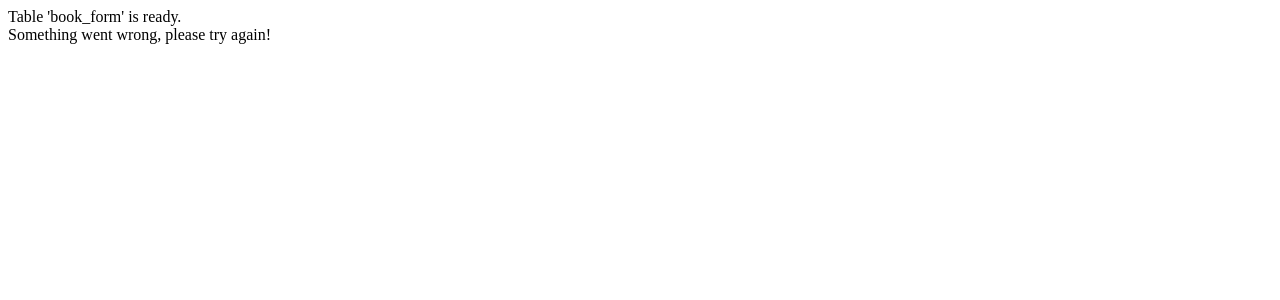
Repository: tanya2468/travel_agency
Page: http://localhost/book_form.php
These files come from the project's save history. The page is drawn as it stood at one moment and after the next save; the edit follows.
The browser window is 1280 px wide. The pictures show the whole page.
The page is run by PHP 8.4 with error messages shown; the project is at /var/www/html/.

Above is the page before, as saved 2024-11-12 19:05:17.

### book_form.php
<?php

// Establish a database connection
$connection = mysqli_connect('localhost', 'root', '', 'book_db');

// Check the connection
if (!$connection) {
    die("Connection failed: " . mysqli_connect_error());
}

// SQL to create the table if it doesn't exist
$createTable = "CREATE TABLE IF NOT EXISTS book_form (
    id INT(11) AUTO_INCREMENT PRIMARY KEY,
    name VARCHAR(100) NOT NULL,
    email VARCHAR(100) NOT NULL,
    phone VARCHAR(15) NOT NULL,
    address VARCHAR(255) NOT NULL,
    location VARCHAR(100) NOT NULL,
    guests INT(11) NOT NULL,
    arrivals DATE NOT NULL,
    leaving DATE NOT NULL
)";

// Execute the table creation query
if (mysqli_query($connection, $createTable)) {
    echo "Table 'book_form' is ready.<br>";
} else {
    die("Error creating table: " . mysqli_error($connection));
}

// Check if form data has been submitted
if (isset($_POST['send'])) {
    // Collect form data and sanitize
    $name = mysqli_real_escape_string($connection, $_POST['name']);
    $email = mysqli_real_escape_string($connection, $_POST['email']);
    $phone = mysqli_real_escape_string($connection, $_POST['phone']);
    $address = mysqli_real_escape_string($connection, $_POST['address']);
    $location = mysqli_real_escape_string($connection, $_POST['location']);
    $guests = mysqli_real_escape_string($connection, $_POST['guests']);
    $arrivals = mysqli_real_escape_string($connection, $_POST['arrivals']);
    $leaving = mysqli_real_escape_string($connection, $_POST['leaving']);

    // SQL query to insert data into the table
    $request = "INSERT INTO book_form (name, email, phone, address, location, guests, arrivals, leaving)
                VALUES ('$name', '$email', '$phone', '$address', '$location', '$guests', '$arrivals', '$leaving')";

    // Execute the query and check for success
    if (mysqli_query($connection, $request)) {
        header('Location: book.php'); // Redirect on successful insert
    } else {
        echo "Error: " . mysqli_error($connection);
    }
} else {
    echo 'Something went wrong, please try again!';
}

// Close the connection
mysqli_close($connection);
?>

### config.php
<?php
$server = "localhost";
$user = "root";
$pass = "";
$database = "book_db";

$conn = mysqli_connect($server, $user, $pass, $database);

if (!$conn) {
    die("<script>alert('Connection Failed.')</script>");
}
?>

After the next save:
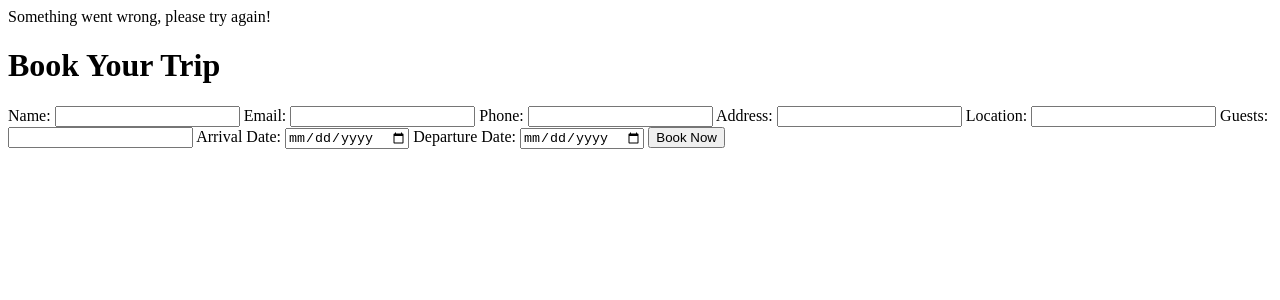
Saved 28 s later.
--- a/book_form.php
+++ b/book_form.php
@@ -1,59 +1,70 @@
 <?php
-
-// Establish a database connection
-$connection = mysqli_connect('localhost', 'root', '', 'book_db');
-
-// Check the connection
-if (!$connection) {
-    die("Connection failed: " . mysqli_connect_error());
-}
-
-// SQL to create the table if it doesn't exist
-$createTable = "CREATE TABLE IF NOT EXISTS book_form (
-    id INT(11) AUTO_INCREMENT PRIMARY KEY,
-    name VARCHAR(100) NOT NULL,
-    email VARCHAR(100) NOT NULL,
-    phone VARCHAR(15) NOT NULL,
-    address VARCHAR(255) NOT NULL,
-    location VARCHAR(100) NOT NULL,
-    guests INT(11) NOT NULL,
-    arrivals DATE NOT NULL,
-    leaving DATE NOT NULL
-)";
-
-// Execute the table creation query
-if (mysqli_query($connection, $createTable)) {
-    echo "Table 'book_form' is ready.<br>";
-} else {
-    die("Error creating table: " . mysqli_error($connection));
-}
+include 'config.php';
 
 // Check if form data has been submitted
 if (isset($_POST['send'])) {
     // Collect form data and sanitize
-    $name = mysqli_real_escape_string($connection, $_POST['name']);
-    $email = mysqli_real_escape_string($connection, $_POST['email']);
-    $phone = mysqli_real_escape_string($connection, $_POST['phone']);
-    $address = mysqli_real_escape_string($connection, $_POST['address']);
-    $location = mysqli_real_escape_string($connection, $_POST['location']);
-    $guests = mysqli_real_escape_string($connection, $_POST['guests']);
-    $arrivals = mysqli_real_escape_string($connection, $_POST['arrivals']);
-    $leaving = mysqli_real_escape_string($connection, $_POST['leaving']);
+    $name = mysqli_real_escape_string($conn, $_POST['name']);
+    $email = mysqli_real_escape_string($conn, $_POST['email']);
+    $phone = mysqli_real_escape_string($conn, $_POST['phone']);
+    $address = mysqli_real_escape_string($conn, $_POST['address']);
+    $location = mysqli_real_escape_string($conn, $_POST['location']);
+    $guests = mysqli_real_escape_string($conn, $_POST['guests']);
+    $arrivals = mysqli_real_escape_string($conn, $_POST['arrivals']);
+    $leaving = mysqli_real_escape_string($conn, $_POST['leaving']);
 
     // SQL query to insert data into the table
     $request = "INSERT INTO book_form (name, email, phone, address, location, guests, arrivals, leaving)
                 VALUES ('$name', '$email', '$phone', '$address', '$location', '$guests', '$arrivals', '$leaving')";
 
     // Execute the query and check for success
-    if (mysqli_query($connection, $request)) {
+    if (mysqli_query($conn, $request)) {
         header('Location: book.php'); // Redirect on successful insert
     } else {
-        echo "Error: " . mysqli_error($connection);
+        echo "<script>alert('Oops! Something went wrong. Please try again.');</script>";
     }
 } else {
     echo 'Something went wrong, please try again!';
 }
 
 // Close the connection
-mysqli_close($connection);
+mysqli_close($conn);
 ?>
+
+<!DOCTYPE html>
+<html>
+<head>
+    <meta charset="UTF-8">
+    <title>Book Form</title>
+</head>
+<body>
+    <h1>Book Your Trip</h1>
+    <form action="" method="POST">
+        <label for="name">Name:</label>
+        <input type="text" id="name" name="name" required>
+
+        <label for="email">Email:</label>
+        <input type="email" id="email" name="email" required>
+
+        <label for="phone">Phone:</label>
+        <input type="tel" id="phone" name="phone" required>
+
+        <label for="address">Address:</label>
+        <input type="text" id="address" name="address" required>
+
+        <label for="location">Location:</label>
+        <input type="text" id="location" name="location" required>
+
+        <label for="guests">Guests:</label>
+        <input type="number" id="guests" name="guests" required>
+
+        <label for="arrivals">Arrival Date:</label>
+        <input type="date" id="arrivals" name="arrivals" required>
+
+        <label for="leaving">Departure Date:</label>
+        <input type="date" id="leaving" name="leaving" required>
+
+        <button type="submit" name="send">Book Now</button>
+    </form>
+</body>
+</html>
